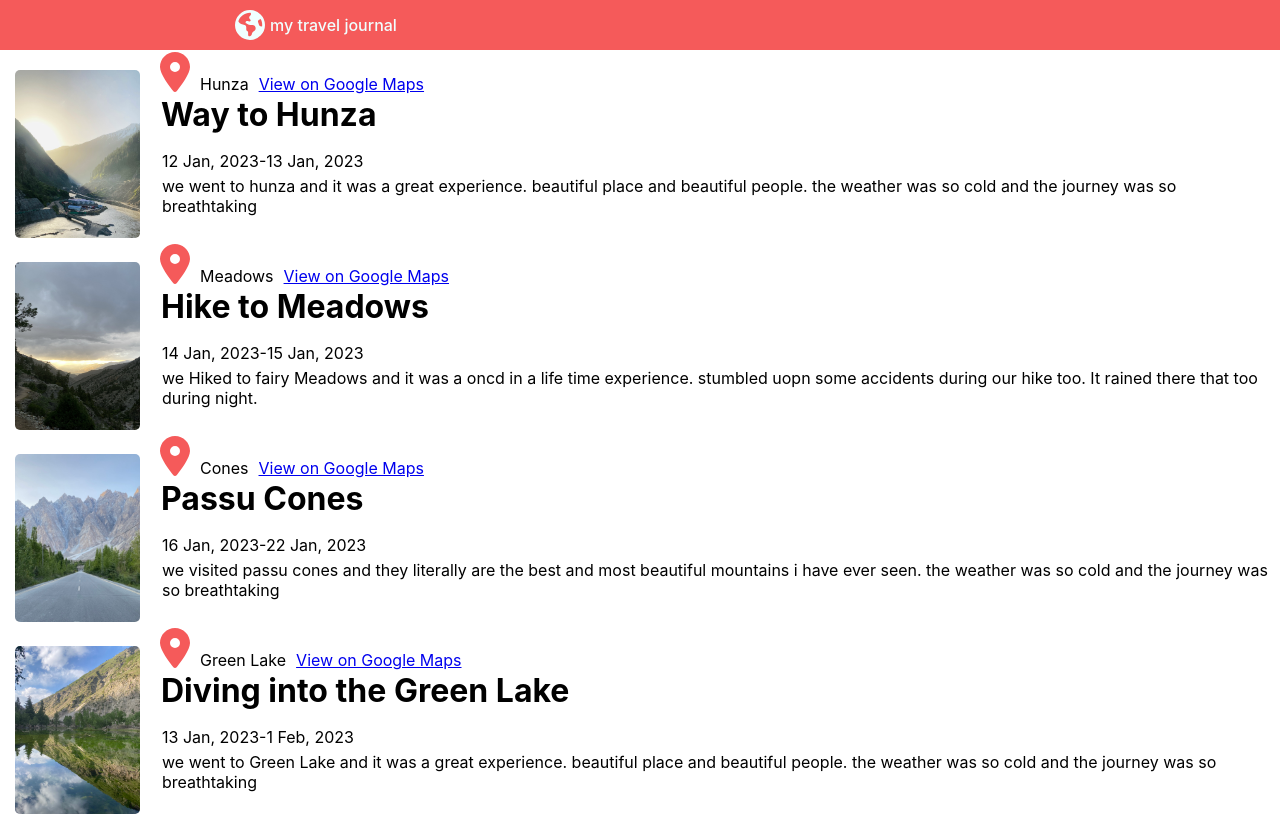
Repository: mortiestmorty1/travel-journal
Page: /
These files come from the project's save history. The page is drawn as it stood at one moment and after the next save; the edit follows.
The browser window is 1280 px wide. The pictures show the whole page.
The project was rebuilt for these pictures with package versions that can differ from the ones it lists, and the page was loaded fresh each time.

Above is the page before, as saved 2024-01-17 15:47:18.

After the next save:
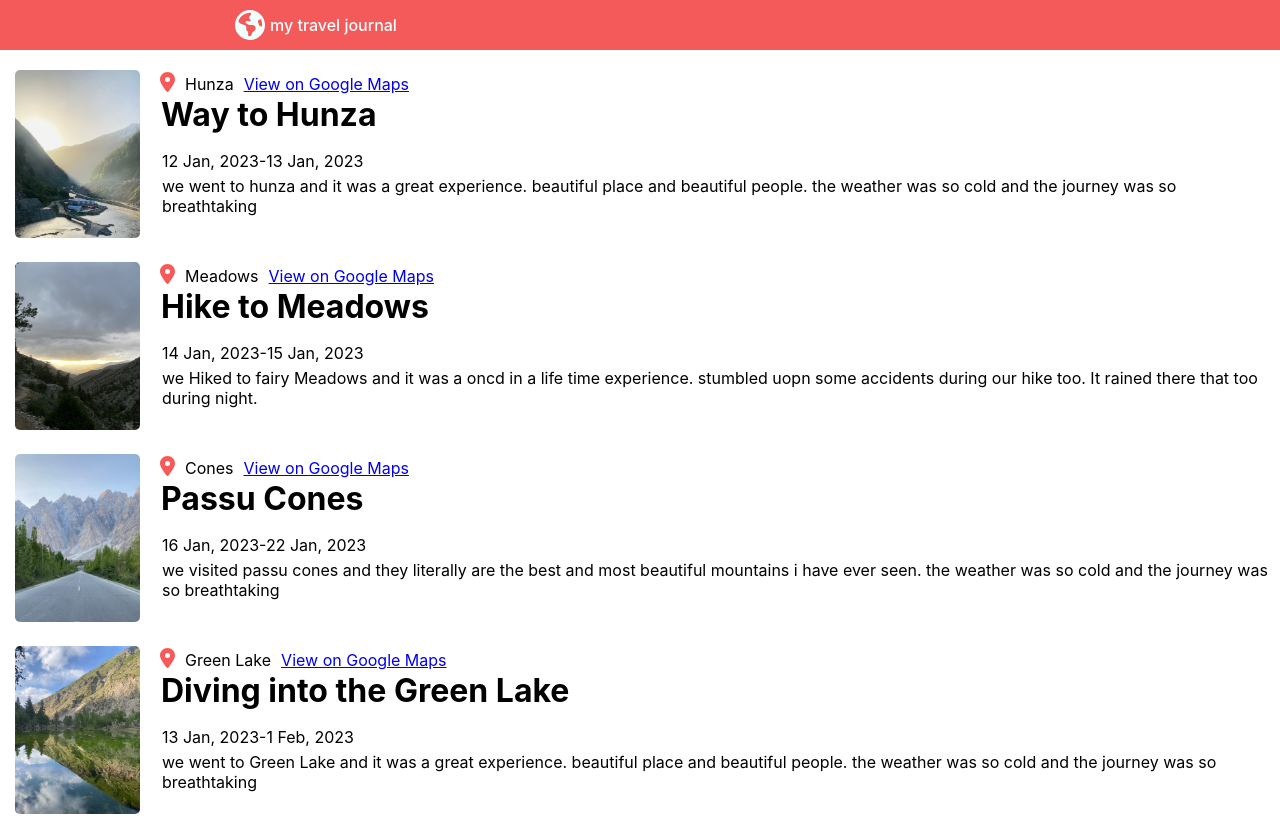
Saved 5 s later.
--- a/src/App.css
+++ b/src/App.css
@@ -44,7 +44,7 @@
 {
   margin-left: 10px;
   color: #F55A5A;
-  height: 40px;
+  height: 20px;
 }
 .section1 :nth-child(2)
 {
